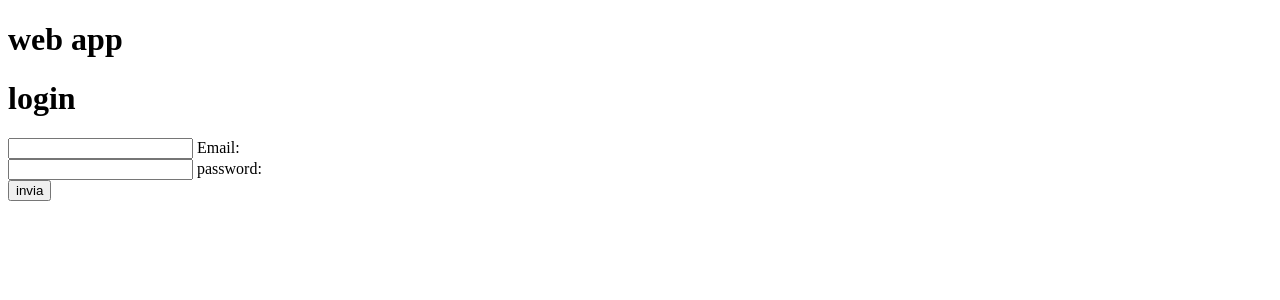
Repository: PcarloP/java_se
Page: http://localhost/anagraficaweb/home2.jsp
An editor plug-in stored every save of this project. The page is shown before and after the next save, followed by the edit.
The browser window is 1280 px wide. The pictures show the whole page.
The page is served by Tomcat 10. Other server files are loaded and not shown.

Above is the page before, as saved 2025-06-19 13:16:48.

### anagraficaweb/WebContent/home2.jsp
<%@ page language="java" contentType="text/html; charset=UTF-8"
	pageEncoding="UTF-8"%>
<!DOCTYPE html>
<html>
<head>
<meta charset="UTF-8">
<title>login</title>
</head>
<body>

	<div class="contenitore">
		<header>
			<h1>web app</h1>
		</header>
		<main>
			<h1>login</h1>
			<form action="<%=request.getContextPath() + "/salva"%>" method="get">

				<div class="DatiUtente">
					<input type="email" id="email" name="email" required> <label
						for="email">Email:</label>
				</div>

				<div class="DatiUtente">
					<input type="password" id="password" name="password" required>
					<label for="password">password:</label>
				</div>

				<div>
					<input type="submit" value="invia">
				</div>



			</form>
		</main>
	</div>




</body>
</html>

After the next save:
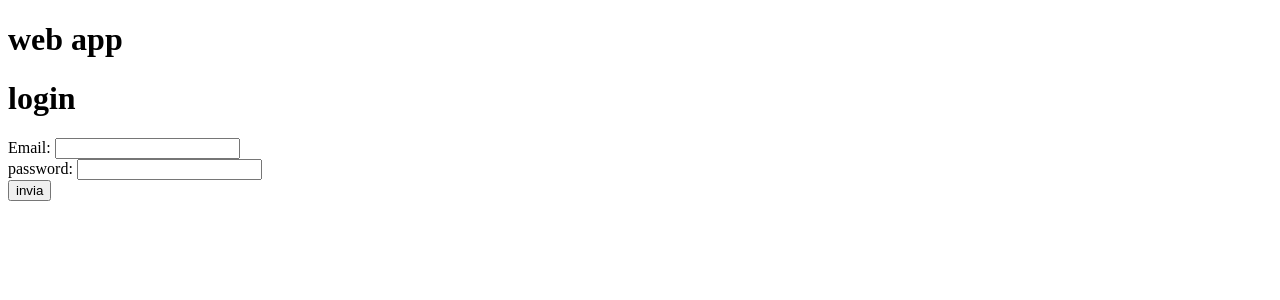
Saved 55 s later.
--- a/anagraficaweb/WebContent/home2.jsp
+++ b/anagraficaweb/WebContent/home2.jsp
@@ -17,13 +17,14 @@
 			<form action="<%=request.getContextPath() + "/salva"%>" method="get">
 
 				<div class="DatiUtente">
-					<input type="email" id="email" name="email" required> <label
-						for="email">Email:</label>
+				<label for="email">Email:</label>
+					<input type="email" id="email" name="email" required>
 				</div>
 
 				<div class="DatiUtente">
+				<label for="password">password:</label>
 					<input type="password" id="password" name="password" required>
-					<label for="password">password:</label>
+
 				</div>
 
 				<div>
